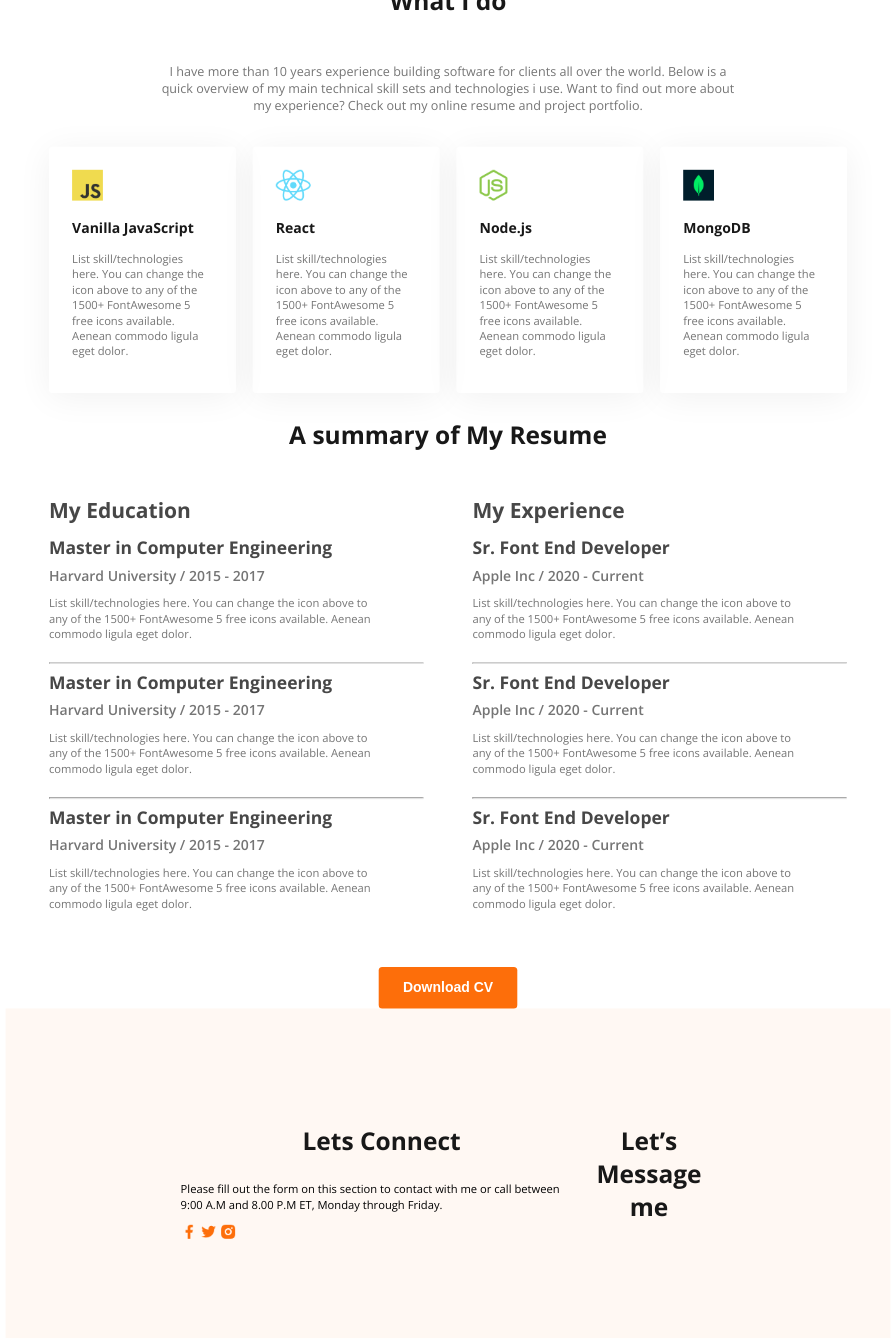
Repository: ShouravAhammed/Simple-Portfolio-Webpage
Page: index.html
These files come from the project's save history. The page is drawn as it stood at one moment and after the next save; the edit follows.
The browser window is 1280 px wide. The pictures show the part of the page from y = 1651 to 3571 px (the page is 3571 px tall before and 3566 px after), at 70% of full size.

Above is the page before, as saved 2024-01-06 03:47:49.

After the next save:
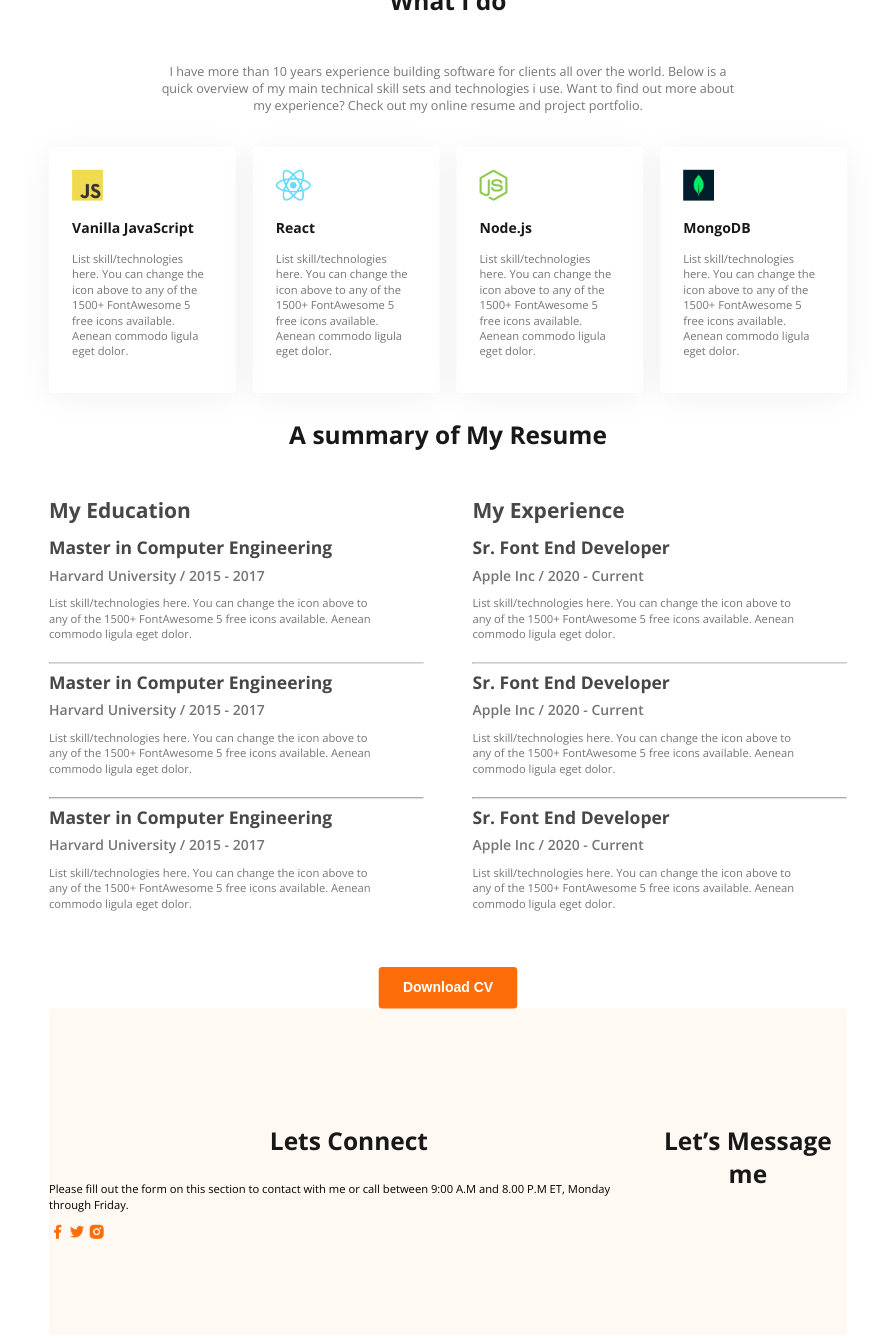
Saved 17 s later.
--- a/index.css
+++ b/index.css
@@ -197,5 +197,7 @@ main{
 footer{
     display: flex;
     background: #fff8f3;
-    padding: 130px 250px;
-}
+    padding: 130px 0;
+    max-width: 1140px;
+    margin: 0 auto;
+}
